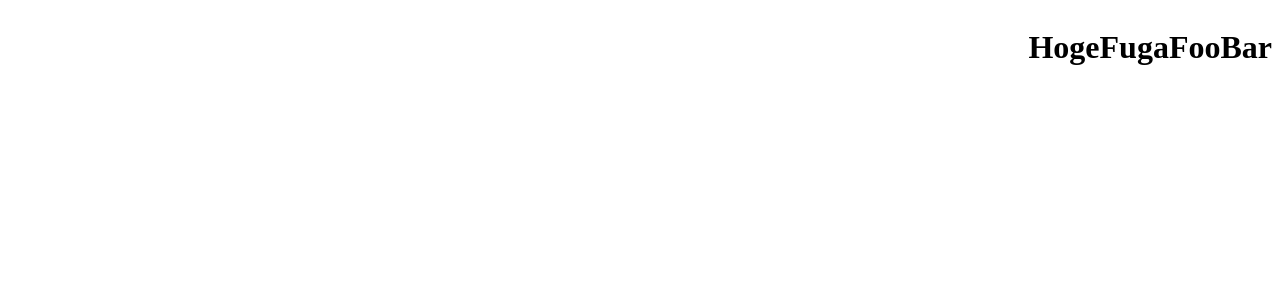
Repository: weld0814/samurai_HTML-css
Page: lesson14_flex-.html
The author's editor kept a record of every edit. The page is drawn from the files as they stood at one moment, then again after the next edit.
The browser window is 1280 px wide. The pictures show the whole page.

Above is the page before.

### lesson14_flex-.html
<!DOCTYPE html>
<html lang="ja">
<head>
    <meta charset="UTF-8">
    <style>
        #flex-end {
            display: flex;
            justify-content: flex-end;
        }
    </style>
</head>
<body>
    <div id="flex-end">
        <h1>Hoge</h1>
        <h1>Fuga</h1>
        <h1>Foo</h1>
        <h1>Bar</h1>
    </div>
</body>
</html>

After the next edit:
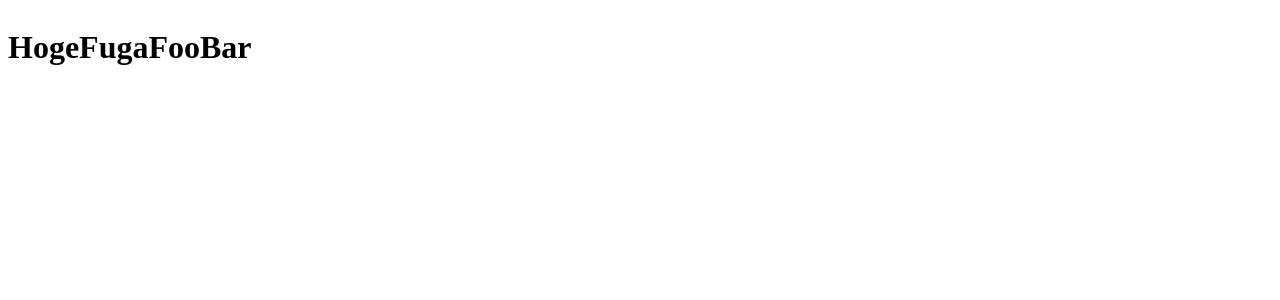
The edit:
--- a/lesson14_flex-.html
+++ b/lesson14_flex-.html
@@ -5,7 +5,7 @@
     <style>
         #flex-end {
             display: flex;
-            justify-content: flex-end;
+            align-content: stretch;
         }
     </style>
 </head>
